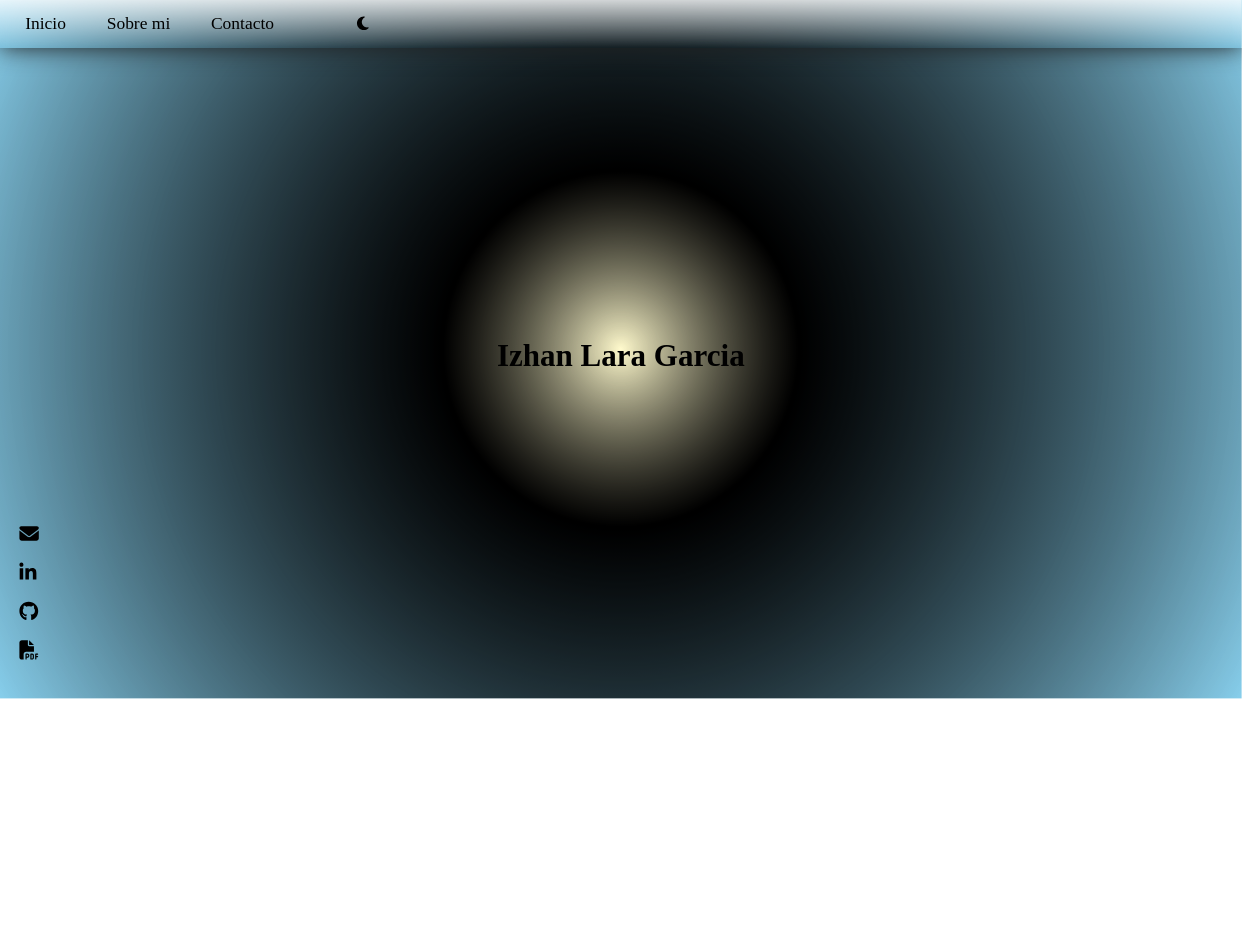
Repository: izhanlaraagarcia/izhanlaraagarcia.github.io
Page: / (app in vite-project/)
An editor plug-in stored every save of this project. The page is shown before and after the next save, followed by the edit.
The browser window is 1280 px wide. The pictures show the whole page, at 97% of full size.
The project was rebuilt for these pictures with package versions that can differ from the ones it lists, and the page was loaded fresh each time. Also part of the build but not shown: vite-project/vite.config.js, vite-project/src/pages/About/styles/about.scss, vite-project/src/pages/About/about.jsx, vite-project/src/pages/Contact/contact.jsx.

Above is the page before, as saved 2024-08-19 14:22:46.

After the next save:
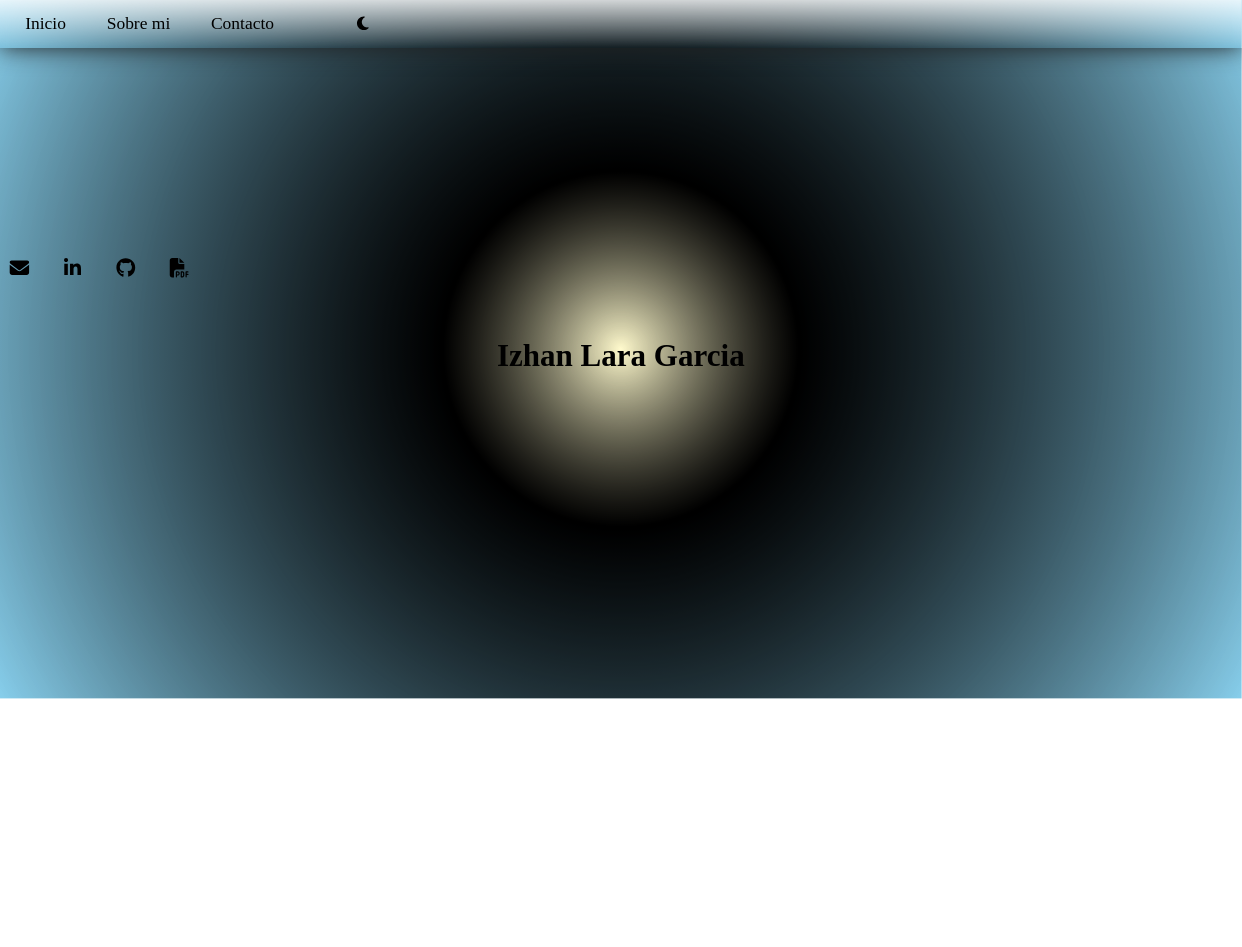
Saved 10 s later.
--- a/vite-project/src/Componentes-Generales/styles/social.scss
+++ b/vite-project/src/Componentes-Generales/styles/social.scss
@@ -1,27 +1,32 @@
 .social-media-container {
-  position: absolute; // Posiciona el contenedor en la parte inferior
-  bottom: 0; // Posiciona el contenedor en la parte inferior
-  left: 0; // Posiciona el contenedor en la parte izquierda
-  padding: 20px; // Agrega un padding para que no se peguen a los bordes
   ul {
-    list-style: none; // Elimina los puntos de la lista
-    padding: 0; // Elimina el padding de la lista
-    margin: 0; // Elimina el margen de la lista
-    text-align: left; // Alinea el texto a la izquierda
-  }
-  li {
-    margin-bottom: 20px; // Agrega un margen inferior para separar los items
-  }
-  a {
-    color: black; // Texto blanco
-    text-decoration: none; // Elimina el subrayado de los enlaces
-  }
-  a:hover {
-    color: #ccc; // Texto gris claro al pasar el mouse
-    cursor: pointer;
-  }
-  .fa-icon {
-    font-size: 30px; // Tamaño de los iconos
-    margin-right: 10px; // Agrega un margen derecho para separar los iconos del texto
+    display: flex;
+    list-style: none;
+    padding: 0;
+    margin: 0;
+
+    li {
+      margin-right: 15px;
+
+      &:last-child {
+        margin-right: 0;
+      }
+
+      a {
+        text-decoration: none;
+        color: inherit;
+        display: flex;
+        align-items: center;
+        justify-content: center;
+        width: 40px;
+        height: 40px;
+        border-radius: 50%;
+        transition: background-color 0.3s ease;
+
+        &:hover {
+          background-color: rgba(0, 0, 0, 0.1); /* Ajusta este color según el diseño */
+        }
+      }
+    }
   }
 }

After the save that followed:
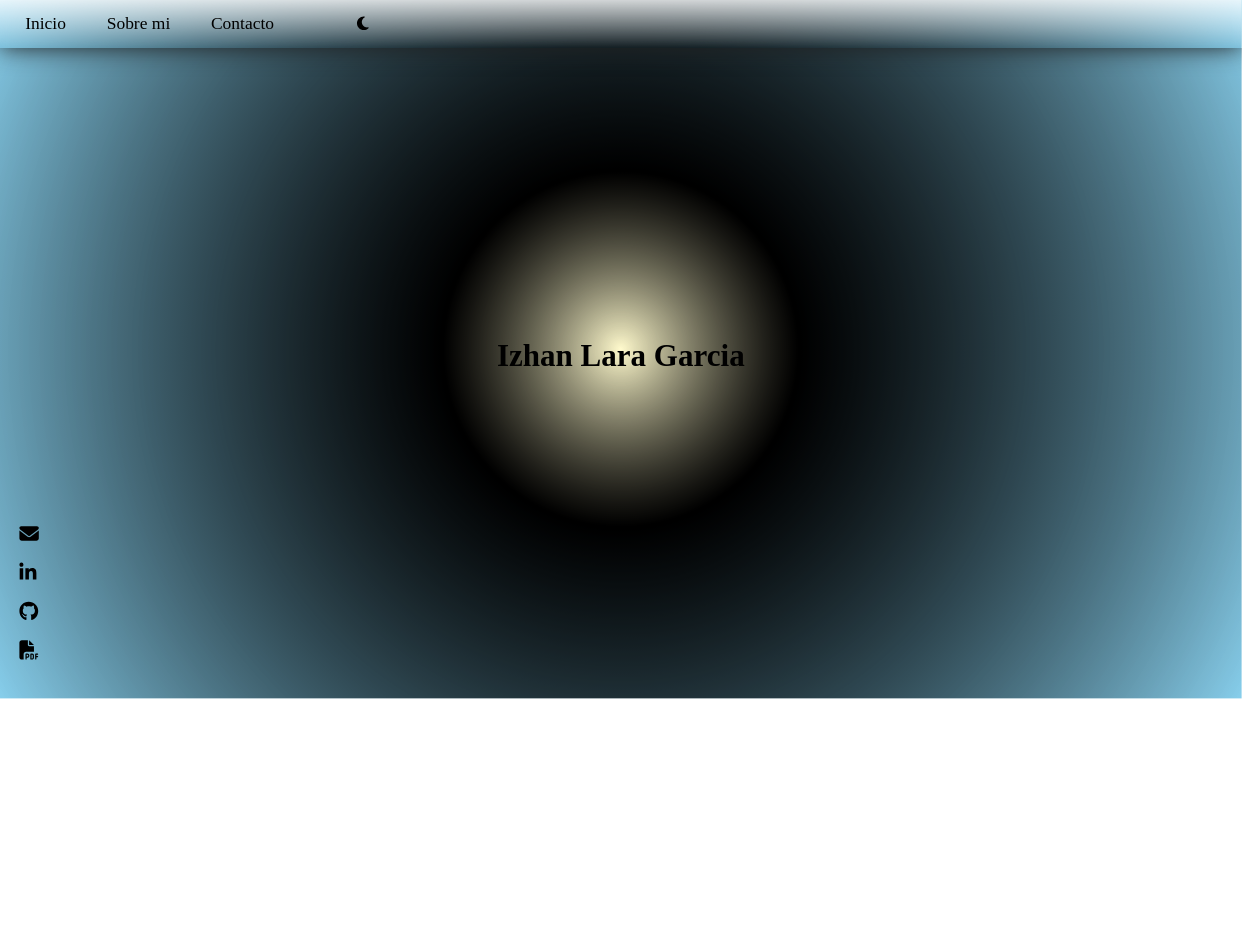
Saved 16 s later.
--- a/vite-project/src/Componentes-Generales/styles/social.scss
+++ b/vite-project/src/Componentes-Generales/styles/social.scss
@@ -1,32 +1,27 @@
 .social-media-container {
+  position: absolute; // Posiciona el contenedor en la parte inferior
+  bottom: 0; // Posiciona el contenedor en la parte inferior
+  left: 0; // Posiciona el contenedor en la parte izquierda
+  padding: 20px; // Agrega un padding para que no se peguen a los bordes
   ul {
-    display: flex;
-    list-style: none;
-    padding: 0;
-    margin: 0;
-
-    li {
-      margin-right: 15px;
-
-      &:last-child {
-        margin-right: 0;
-      }
-
-      a {
-        text-decoration: none;
-        color: inherit;
-        display: flex;
-        align-items: center;
-        justify-content: center;
-        width: 40px;
-        height: 40px;
-        border-radius: 50%;
-        transition: background-color 0.3s ease;
-
-        &:hover {
-          background-color: rgba(0, 0, 0, 0.1); /* Ajusta este color según el diseño */
-        }
-      }
-    }
+    list-style: none; // Elimina los puntos de la lista
+    padding: 0; // Elimina el padding de la lista
+    margin: 0; // Elimina el margen de la lista
+    text-align: left; // Alinea el texto a la izquierda
+  }
+  li {
+    margin-bottom: 20px; // Agrega un margen inferior para separar los items
+  }
+  a {
+    color: black; // Texto blanco
+    text-decoration: none; // Elimina el subrayado de los enlaces
+  }
+  a:hover {
+    color: #ccc; // Texto gris claro al pasar el mouse
+    cursor: pointer;
+  }
+  .fa-icon {
+    font-size: 30px; // Tamaño de los iconos
+    margin-right: 10px; // Agrega un margen derecho para separar los iconos del texto
   }
 }
